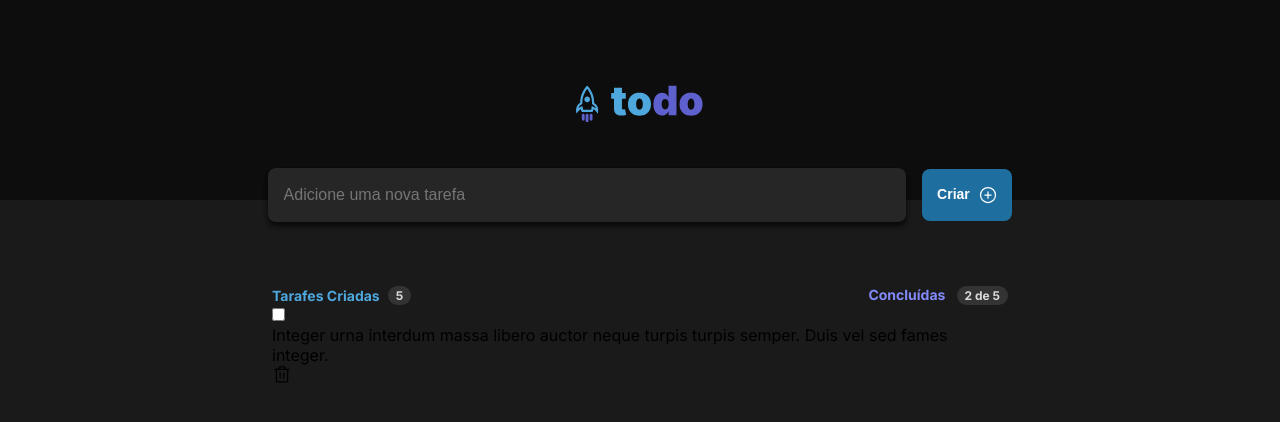
Repository: guilhermecardoso93/todolistreact
Page: /
The author's editor kept a copy of each file at every save. The page is drawn from the files as they stood at one save, then again after the next save.
The browser window is 1280 px wide. The pictures show the whole page.
The project was rebuilt for these pictures with package versions that can differ from the ones it lists, and the page was loaded fresh each time. Also part of the build but not shown: vite.config.ts.

Above is the page before, as saved 2022-07-02 19:22:56.

### index.html
<!DOCTYPE html>
<html lang="en">
  <head>
    <meta charset="UTF-8" />
    <link rel="icon" type="image/svg+xml" href="/src/favicon.svg" />
    <link rel="preconnect" href="https://fonts.googleapis.com" />
    <link rel="preconnect" href="https://fonts.gstatic.com" crossorigin />
    <meta name="viewport" content="width=device-width, initial-scale=1.0" />
    <link
      href="https://fonts.googleapis.com/css2?family=Inter:wght@400;500;600;700&display=swap"
      rel="stylesheet"
    />
    <title>to do list</title>
  </head>
  <body>
    <div id="root"></div>
    <script type="module" src="/src/main.tsx"></script>
  </body>
</html>

### src/App.tsx
import "./global.css";
import { Header } from "./Header";
import { Tasks } from "./Tasks";

function App() {
  return (
    <>
      <Header />
      <div>
        <Tasks/>
      </div>
    </>
  );
}

export default App;

### src/global.css
:root {
  --white: #fff;

  --gray-100: #f2f2f2;
  --gray-100: #d9d9d9;
  --gray-300: #808080;
  --gray-400: #333333;
  --gray-500: #262626;
  --gray-600: #1a1a1a;
  --gray-700: #0d0d0d;

  --danger: #e25858;

  --purple: #828afa;
  --purple-dark: #5e60ce;

  --blue: #4ea8de;
  --blue-dark: #1e6f9f;
}

* {
  margin: 0;
  padding: 0;
  box-sizing: border-box;
}

body {
  -webkit-font-smoothing: antialiased;
  font-family: 'Inter', sans-serif;
  background: var(--gray-600);
}

### src/Header.tsx
import  Logo  from "./assets/logo.svg";

import styles from "./Header.module.css";

export function Header() {
  return (
    <header className={styles.header}>
      <img src={Logo} alt='logo' className={styles.logo}/>
    </header>
  );
}

### src/Tasks.tsx
import { Trash } from "phosphor-react";
import { TaskBar } from "./TasksBar";
import { TaskList } from "./TasksList";

import styles from "./Tasks.module.css";

export function Tasks() {
  return (
    <div className={styles.content}>
      <TaskBar />
      <div>
        <TaskList />
      </div>
    </div>
  );
}

### src/Header.module.css
.header {
  height: 12.5rem;
  background: var(--gray-700);
  display: flex;
  justify-content: center;
  align-items: center;
}

.logo {
  height: 4rem;
  width: 8rem;
}

### src/TasksBar.tsx
import { PlusCircle } from "phosphor-react";

import styles from "./TasksBar.module.css";

export function TaskBar() {
  return (
    <div className={styles.container}>
      <input type="text" placeholder="Adicione uma nova tarefa" />
      <button>
        {" "}
        Criar <PlusCircle size={20} />{" "}
      </button>
    </div>
  );
}

### src/TasksList.tsx
import { Trash } from "phosphor-react";

import styles from "./TasksList.module.css";

export function TaskList() {
  return (
    <div>
      <div className={styles.titles}>
        <div className={styles.titlesMake}>
          <p className={styles.titlesMakeTitle}>Tarafes Criadas</p>
          <p className={styles.titlesMakeTitleNumber}> 5 </p>
        </div>
        <div className={styles.titles}>
          <p className={styles.titlesDoneTitle}>Concluídas</p>
          <p className={styles.titlesDoneTitleNumber}> 2 de 5 </p>
        </div>
      </div>

      <div className={styles.tasksList}>
        <div className={styles.tasksListItem}>
          <div>
            <input type="checkbox" />
          </div>
          <div>
            {" "}
            <p>
              Integer urna interdum massa libero auctor neque turpis turpis
              semper. Duis vel sed fames integer.{" "}
            </p>
          </div>
          <div>
            {" "}
            <Trash size={20} />{" "}
          </div>
        </div>
      </div>
    </div>
  );
}

### src/Tasks.module.css
.content {
  display: flex;
  flex-direction: column;
  align-items: center;
  justify-content: space-between;
  margin: auto;

  width: 736px;
  gap: 4rem;
}

### src/TasksBar.module.css
.container {
  display: flex;
  align-items: center;
  justify-content: center;
  margin-top: -2rem;
  gap: 1rem;
}

.container input {
  background-color: var(--gray-500);
  color: var(--gray-300);
  width: 39.93rem;
  padding: 1rem;

  font-style: normal;
  font-weight: 400;
  font-size: 1rem;
  line-height: 140%;

  border: 1px solid var(--grey-700);
  box-shadow: 0px 4px 4px rgba(0, 0, 0, 0.25), 0px 4px 4px rgba(0, 0, 0, 0.25),
    0px 4px 4px rgba(0, 0, 0, 0.25);
  border-radius: 8px;
}

.container button {
  background: var(--blue-dark);
  color: var(--white);
  gap: 0.5rem;
  display: flex;
  align-items: center;
  justify-content: center;
  border-radius: 8px;
  height: 3.25rem;
  width: 5.62rem;
  border: none;

  font-style: normal;
  font-weight: 700;
  font-size: 14px;
  line-height: 140%;
  cursor: pointer;

  transition: 0.2s;
}

.container button:hover {
  background: var(--blue);
}

### src/TasksList.module.css
.titles {
  display: flex;
  align-itens: center;
  justify-content: space-between;
  gap: 0.7rem;
}

.titlesMake,
.titleDone {
  display: flex;
  flex-direction: row;
  justify-content: center;
  align-items: center;
  gap: 0.5rem;
}
.titlesMakeTitle {
  color: var(--blue);
  font-weight: bold;
  font-weight: 700;
  font-size: 14px;
  line-height: 17px;
}

.titlesDoneTitle {
  color: var(--purple);
  font-weight: bold;
  font-weight: 700;
  font-size: 14px;
  line-height: 17px;
}

.titlesMakeTitleNumber,
.titlesDoneTitleNumber {
  display: flex;
  flex-direction: column;
  justify-content: center;
  align-items: center;

  width: auto;
  padding: 2px 8px;
  height: 19px;

  background: var(--gray-400);
  color: var(--gray-100);
  border-radius: 999px;

  font-style: normal;
  font-weight: 700;
  font-size: 12px;
  line-height: 15px;
}

.tasksList {
  display: flex;
  flex-direction: column;
  gap: 1rem;
}

Loaded but not shown: src/main.tsx (common file)

After the next save:
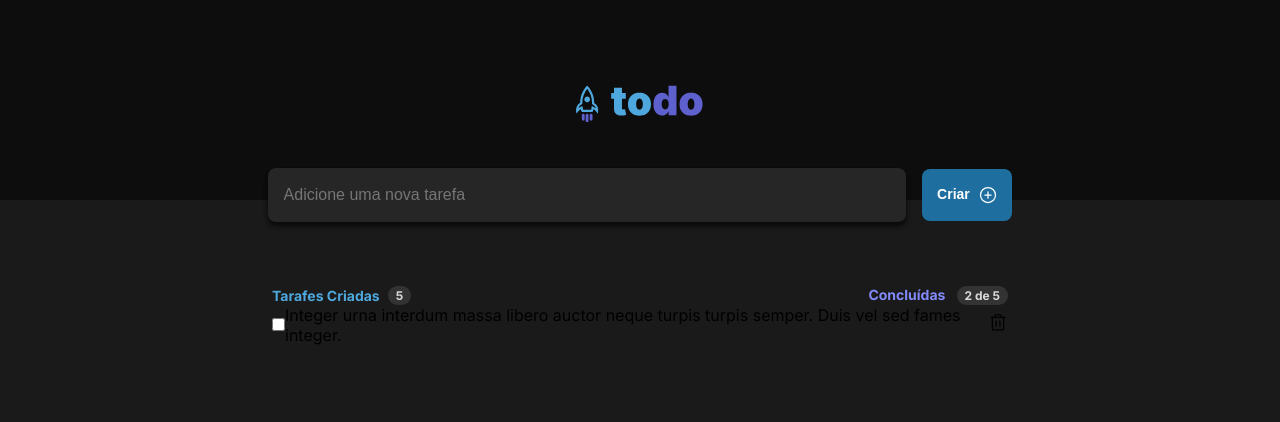
Saved 45 s later.
--- a/src/TasksList.module.css
+++ b/src/TasksList.module.css
@@ -55,3 +55,10 @@
   flex-direction: column;
   gap: 1rem;
 }
+
+.tasksListItem {
+  display:flex;
+  flex-direction: row;
+  justify-content:center;
+  align-items:center;
+}
